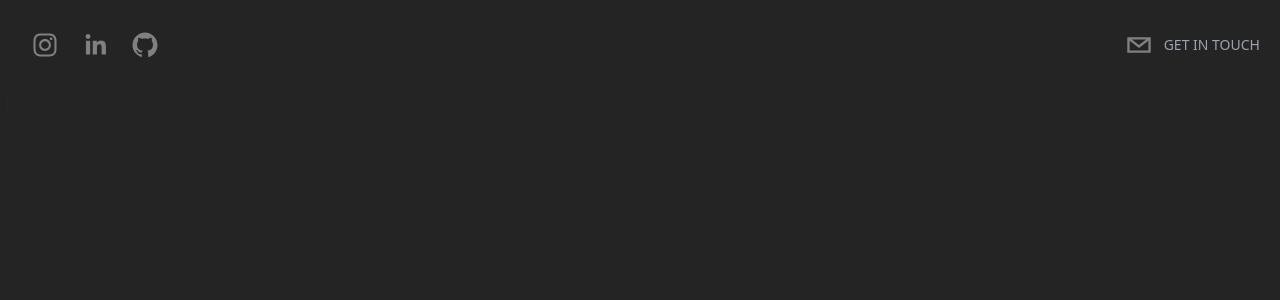
Repository: husainmamuwala/portfolio2.0
Page: /
The author's editor kept a copy of each file at every save. The page is drawn from the files as they stood at one save, then again after the next save.
The browser window is 1280 px wide. The pictures show the whole page.
The project was rebuilt for these pictures with package versions that can differ from the ones it lists, and the page was loaded fresh each time. The framework's server and built-in components were replaced by stand-ins that run in the browser. Also part of the build but not shown: next.config.js.

Above is the page before, as saved 2022-09-17 18:28:22.

After the next save:
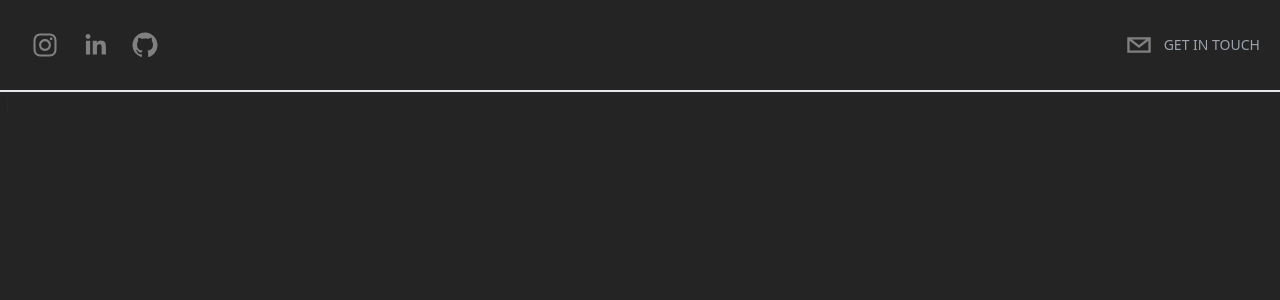
Saved 6 s later.
--- a/components/BackgroundCircles.tsx
+++ b/components/BackgroundCircles.tsx
@@ -5,7 +5,7 @@ type Props = {}
 function BackgroundCircles({}: Props) {
   return (
     <div>
-        <div className=''/>
+        <div className='border'/>
         <div/>
         <div/>
         <div/>
